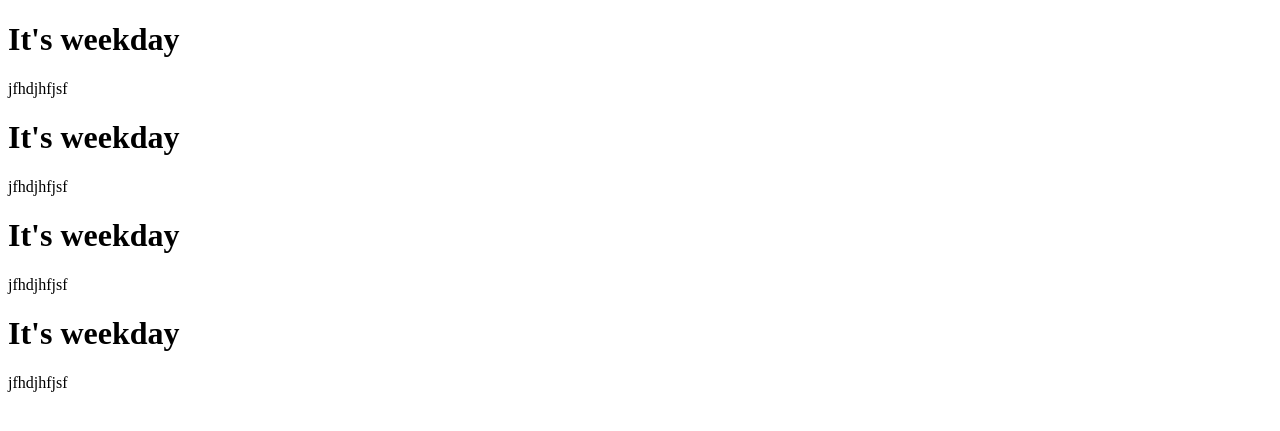
Repository: leyvamn2/todolist
Page: weekday.html
These files come from the project's save history. The page is drawn as it stood at one moment and after the next save; the edit follows.
The browser window is 1280 px wide. The pictures show the whole page.

Above is the page before, as saved 2022-08-16 20:54:20.

### weekday.html
<!DOCTYPE html>
<html lang="eng" dir="ltr">
    <head>
        <meta charset="utf-8">
        <title>To do List</title>
    </head>
    <body>
        <h1>It's weekday</h1>
        <p>jfhdjhfjsf</p>
        <h1>It's weekday</h1>
        <p>jfhdjhfjsf</p>
        <h1>It's weekday</h1>
        <p>jfhdjhfjsf</p>
        <h1>It's weekday</h1>
        <p>jfhdjhfjsf</p>
    </body>
</html>

After the next save:
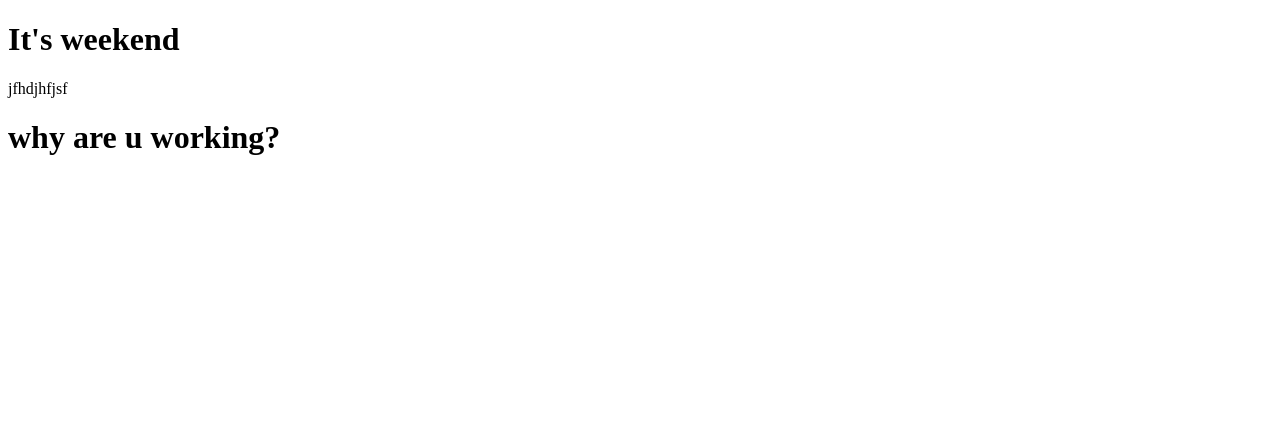
Saved 2 min 10 s later.
--- a/weekday.html
+++ b/weekday.html
@@ -5,13 +5,8 @@
         <title>To do List</title>
     </head>
     <body>
-        <h1>It's weekday</h1>
+        <h1>It's weekend</h1>
         <p>jfhdjhfjsf</p>
-        <h1>It's weekday</h1>
-        <p>jfhdjhfjsf</p>
-        <h1>It's weekday</h1>
-        <p>jfhdjhfjsf</p>
-        <h1>It's weekday</h1>
-        <p>jfhdjhfjsf</p>
+        <h1>why are u working?</h1>
     </body>
 </html>
